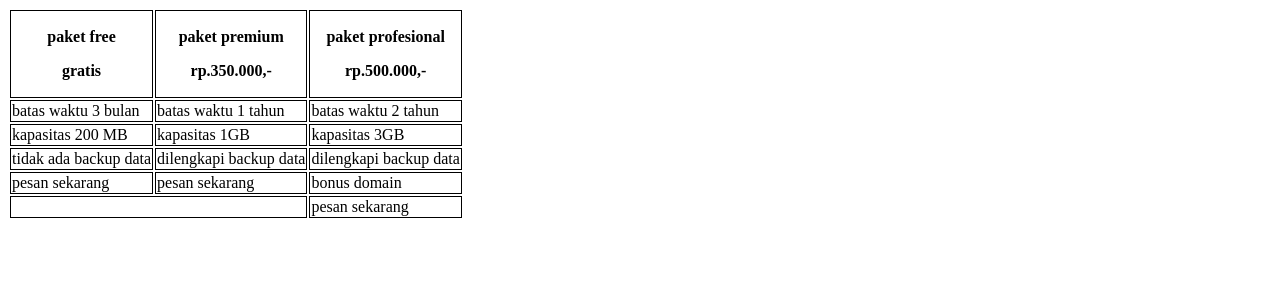
Repository: AHSANS354/tugas-sib5
Page: tugas css/index.html
The author's editor kept a copy of each file at every save. The page is drawn from the files as they stood at one save, then again after the next save.
The browser window is 1280 px wide. The pictures show the whole page.

Above is the page before, as saved 2023-08-29 13:03:46.

After the next save:
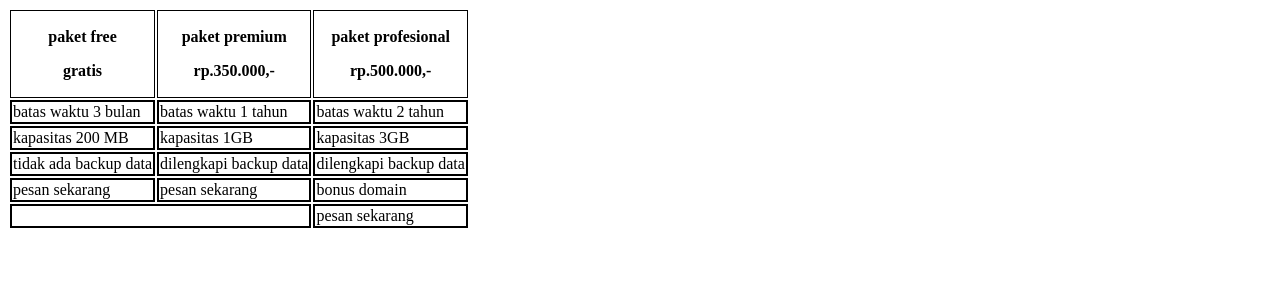
Saved 24 s later.
--- a/tugas css/style.css
+++ b/tugas css/style.css
@@ -3,5 +3,5 @@ th {
 }
 
 td {
-  border: 1px solid #000;
+  border: 2px solid #000;
 }
